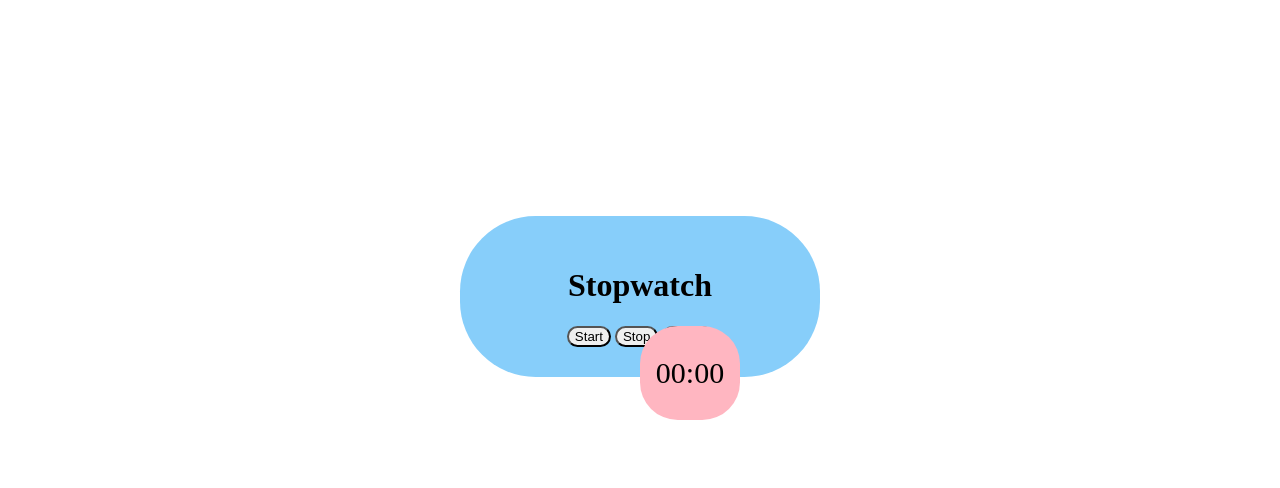
Repository: LeyaAbraham/web-dev
Page: clock.html
These files come from the project's save history. The page is drawn as it stood at one moment and after the next save; the edit follows.
The browser window is 1280 px wide. The pictures show the whole page.

Above is the page before, as saved 2021-01-05 23:19:09.

### clock.html
<!DOCTYPE html>
<html>

<head>
    <title>Page Title</title>
    <link rel="stylesheet" href="style.css" type="text/css">

</head>

<body>
    <div id="wrap">
        <h1>Stopwatch</h1>
        <div id="time">
            <p><span id="seconds">00</span>:<span id="nano">00</span></p>
        </div>
        <button id="start">Start</button>
        <button id="stop">Stop</button>
        <button id="reset">Reset</button>
    </div>
    <script src="clock.js"></script>
</body>

</html>

### style.css
#wrap {
    background-color: lightskyblue;
    border-color: lightyellow;
    border-radius: 2cm;
    text-align: center;
    padding: 30px;
    margin: 30px;
    width: 300px;
    position: absolute;
	top:30%;
	left: 0;
	right: 0;

	margin: auto;

}

button {
    border-radius: 1cm;

}

p {
    font-size: 30px;
}

#time {
    background: lightpink;
    width: 100px;
    border-radius: 1cm;
    text-align: center;
    position: absolute;
	left: 50%;


	margin: auto;
}

### clock.js
window.onload = function () {

    var seconds = 00;
    var nano = 00;

    var interval;
    document.getElementById("start").onclick = start;
    document.getElementById("stop").onclick = stop;
    document.getElementById("reset").onclick = reset;

    function start() {

        interval = setInterval(runTimer, 10);

    }

    function stop() {
        clearInterval(interval);
    }

    function reset() {
        clearInterval(interval);
        nano = 00;
        seconds = 00;
        document.getElementById("nano").innerHTML = "00";
        document.getElementById("seconds").innerHTML = "00";
    }

    function runTimer() {
        var num = nano++;
        console.log(num);

        if (nano > 9) {
            console.log("in if");
            document.getElementById("nano").innerHTML = nano;
        }
        if (nano < 9) {
            document.getElementById("nano").innerHTML = "0" + nano;
        }
        if (nano > 99) {
            seconds++;
            nano = 0;
            document.getElementById("seconds").innerHTML = "0" + seconds;

        }

        if (seconds > 9) {
            document.getElementById("seconds") = seconds;
        }
    }
}

After the next save:
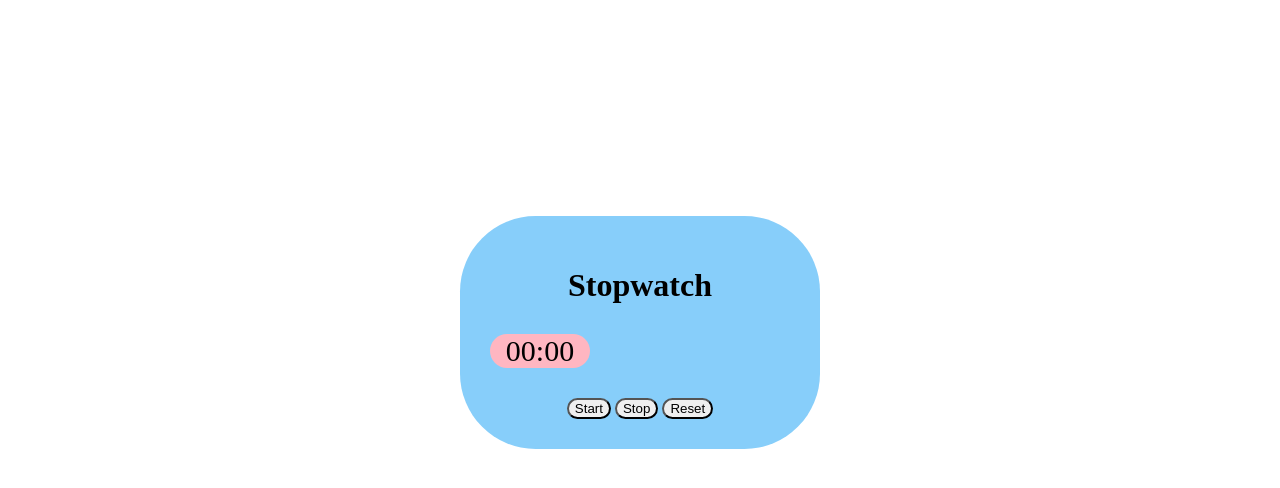
Saved 6 s later.
--- a/style.css
+++ b/style.css
@@ -29,9 +29,5 @@ p {
     width: 100px;
     border-radius: 1cm;
     text-align: center;
-    position: absolute;
-	left: 50%;
 
-
-	margin: auto;
 }
